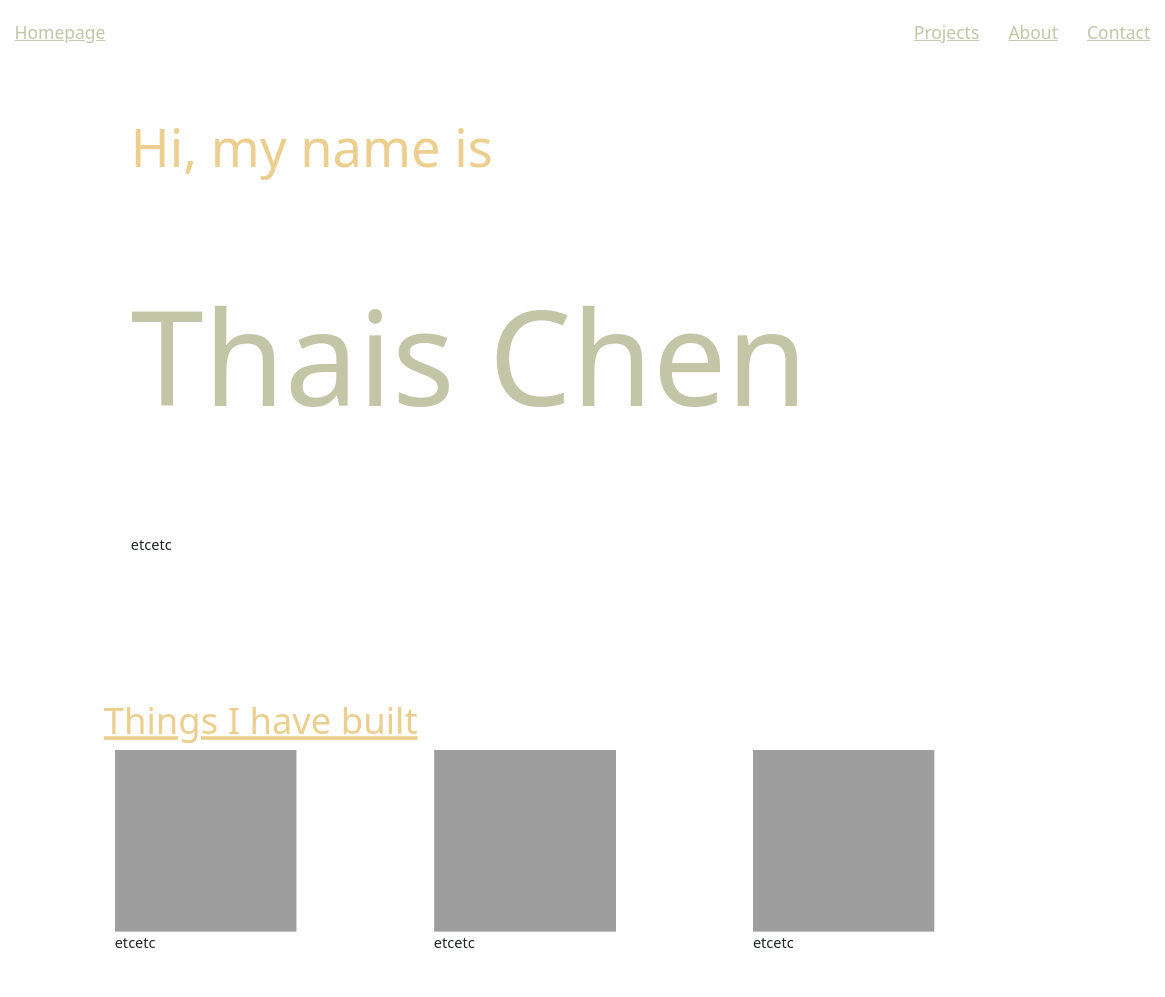
Repository: thais-chen/Portfolio
Page: index.html
An editor plug-in stored every save of this project. The page is shown before and after a run of saves, followed by the edit.
The browser window is 1280 px wide. The pictures show the whole page, at 91% of full size.
Pictures or frames that could not be fetched are drawn as grey boxes.

Above is the page before, as saved 2022-06-17 19:21:07.

### index.html
<!DOCTYPE html>
<html lang="en">
  <head>
    <meta charset="UTF-8">
    <meta name="viewport" content="width=device-width, initial-scale=1.0">
    <meta http-equiv="X-UA-Compatible" content="ie=edge">
    <title>Thais Chen</title>
    <!-- CSS only -->
<link href="https://cdn.jsdelivr.net/npm/bootstrap@5.2.0-beta1/dist/css/bootstrap.min.css" rel="stylesheet"
    integrity="sha384-0evHe/X+R7YkIZDRvuzKMRqM+OrBnVFBL6DOitfPri4tjfHxaWutUpFmBp4vmVor" crossorigin="anonymous">
<link rel="stylesheet" href="./style.css">
  </head>
  <body>
    <header>
        <nav  class="navbar">
            <ul>
                <li class="nav-icon"><a href="#contact" > Contact</a></li>
                <li><a href="#about"> About</a> </li>
                <li><a href="#projects"> Projects</a></li>
                <li style="float:left"><a href="#"> Homepage </a> </li>
            </ul>
        </nav>
    </header>
    <main>
        <div class="container">
        <section id="intro" class="row">
            <div class="col">

            </div>
            <h3>Hi, my name is </h3>
            <h1>Thais Chen</h1>
            <p>etcetc</p>
        </section>
        <section id="projects">
            <h3> Things I have built </h3>
            <div class="container">
                <div class="row">
                    <div class="col">
                        <img src="https://picsum.photos/200">
                        <p>
                            etcetc
                        </p>

                    </div>
                    <div class="col">
                        <img src="https://picsum.photos/200">
                        <p>
                            etcetc
                        </p>
                    </div>
                    <div class="col">
                        <img src="https://picsum.photos/200">
                        <p>
                            etcetc
                        </p>
                    </div>
                </div>

            </div>
        </section>
        <section id="about">

        </section>
        <section id="contact">

        </section>
    </div>
    </main>
    <!-- JavaScript Bundle with Popper -->
    <script src="https://cdn.jsdelivr.net/npm/bootstrap@5.2.0-beta1/dist/js/bootstrap.bundle.min.js" integrity="sha384-pprn3073KE6tl6bjs2QrFaJGz5/SUsLqktiwsUTF55Jfv3qYSDhgCecCxMW52nD2" crossorigin="anonymous"></script>
	<script src="script.js"></script>
  </body>
</html>

### style.css
section{
    margin: 2rem;
}
/*navbar*/
.navbar{
    display: block;
}
.navbar ul {
    list-style: none;
    padding: 0;
    margin: 0;
  }
  .navbar li {
    float: right;
  }
  .navbar li a {
    display: inline-block;
    text-align: center;
    color: #C2C6A7;
    padding: 14px 16px;
    font-size: larger;

}
/* introduction*/
#intro{
    min-height: 100vh;
}
#intro h3{
    color: #ECCE8E;
    font-size: 8vh;
    margin-bottom: 0;
    font-weight: 100;
}
#intro h1{
    color: #C2C6A7;
    font-size: 20vh;
    margin: 0;
}
/* projects */
#projects{

}
#projects h3{
    color:#ECCE8E;
    font-size: 2.5rem;
    text-decoration: underline;


}

Loaded but not shown: script.js (no copy from this time; the picture is the same without it)

After the next 2 saves:
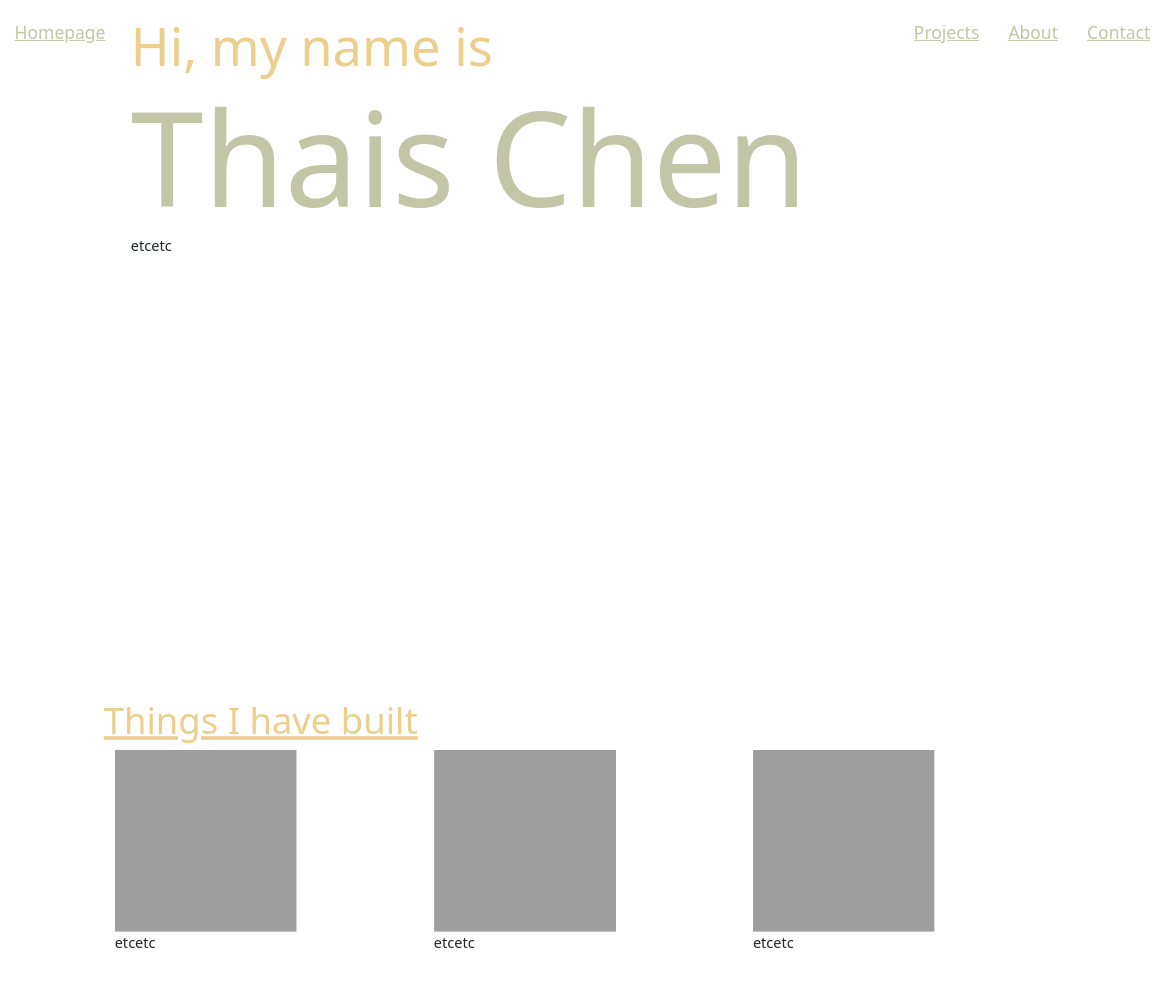
The 2 saves are shown as one change because they came seconds apart.
The last was saved 12 s later.
--- a/index.html
+++ b/index.html
@@ -25,11 +25,11 @@
         <div class="container">
         <section id="intro" class="row">
             <div class="col">
+                <h3>Hi, my name is </h3>
+                <h1>Thais Chen</h1>
+                <p>etcetc</p>
+            </div>
 
-            </div>
-            <h3>Hi, my name is </h3>
-            <h1>Thais Chen</h1>
-            <p>etcetc</p>
         </section>
         <section id="projects">
             <h3> Things I have built </h3>
